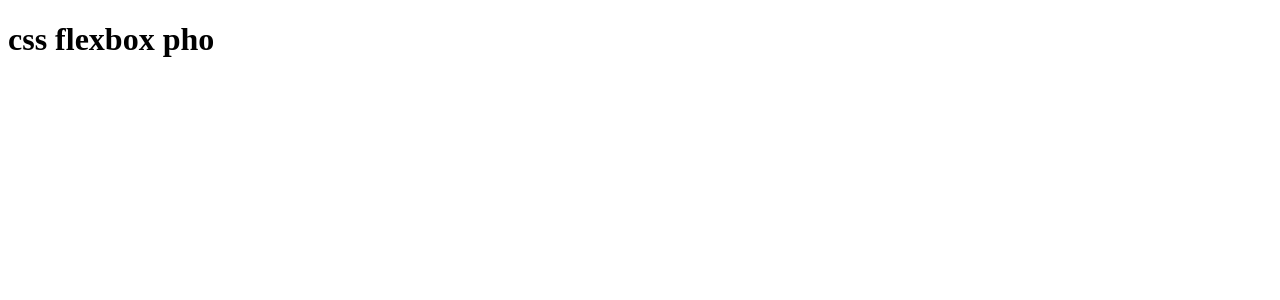
Repository: Lungdjos/photo_gallery
Page: index.html
An editor plug-in stored every save of this project. The page is shown before and after the next save, followed by the edit.
The browser window is 1280 px wide. The pictures show the whole page.

Above is the page before, as saved 2023-10-27 12:18:48.

### index.html
<!DOCTYPE html>
<html lang="en">

<head>
    <meta charset="UTF-8">
    <meta name="viewport" content="width=device-width, initial-scale=1.0">
    <title>Photo Gallary</title>
    <link rel="stylesheet" href="styles.css">
</head>

<body>
    <header class="header">
        <h1>css flexbox pho</h1>
    </header>
</body>

</html>

Loaded but not shown: styles.css (no copy from this time; the picture is the same without it)

After the next save:
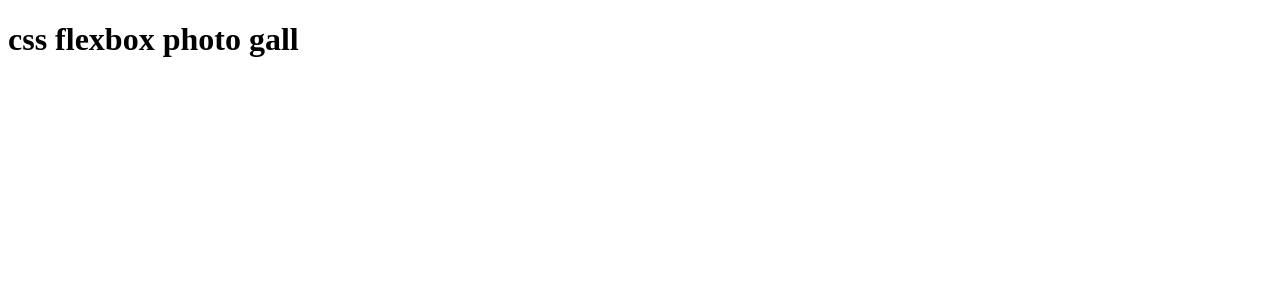
Saved 7 s later.
--- a/index.html
+++ b/index.html
@@ -10,7 +10,7 @@
 
 <body>
     <header class="header">
-        <h1>css flexbox pho</h1>
+        <h1>css flexbox photo gall</h1>
     </header>
 </body>
 
